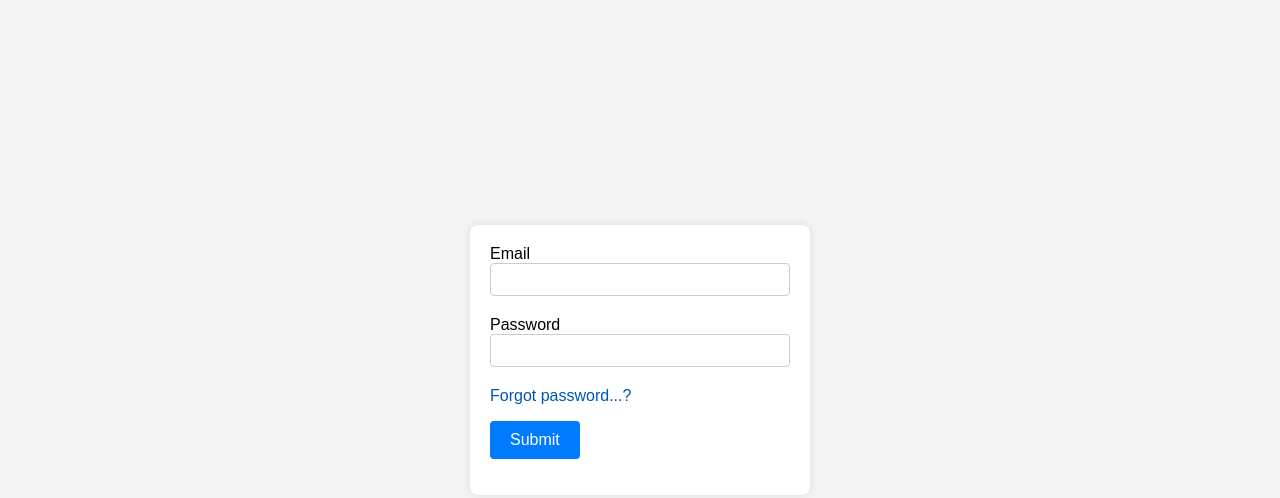
Repository: Ndifoinhilary/authentication
Page: http://localhost/auth/login/
An editor plug-in stored every save of this project. The page is shown before and after the next save, followed by the edit.
The browser window is 1280 px wide. The pictures show the whole page.
The page is served by the project's application, run on Django 3.2 (manage.py). Other server files are loaded and not shown.

Above is the page before, as saved 2024-01-05 19:51:33.

### Auth/templates/login.html
<!DOCTYPE html>
<html lang="en">

<head>
    <meta charset="UTF-8">
    <meta name="viewport" content="width=device-width, initial-scale=1.0">
    <style>
        body {
            font-family: 'Arial', sans-serif;
            background-color: #f4f4f4;
            margin: 0;
            padding: 0;
            display: flex;
            justify-content: center;
            align-items: center;
            height: 100vh;
        }

        form {
            background-color: #fff;
            padding: 20px;
            border-radius: 8px;
            box-shadow: 0 0 10px rgba(0, 0, 0, 0.1);
            width: 300px;
        }

        .input {
            margin-bottom: 20px;
        }

        .label {
            display: block;
            margin-bottom: 5px;
            font-weight: bold;
        }

        .form-control {
            width: 100%;
            padding: 8px;
            border: 1px solid #ccc;
            border-radius: 4px;
            box-sizing: border-box;
        }

        .mb-4 {
            margin-bottom: 16px;
        }

        .btn {
            background-color: #007bff;
            color: #fff;
            padding: 10px 20px;
            border: none;
            border-radius: 4px;
            cursor: pointer;
            font-size: 16px;
            margin: 1rem auto;


        }

        .btn:hover {
            background-color: #0056b3;
        }
        a{
           display: block;
           text-decoration: none;
           color: #0056b3;
           text-align: left;
        }
    </style>
</head>

<body>
    <form action="{% url 'login'  %}" class="form-border" method="POST">
        {% csrf_token %}
        <div class="input">
         <lable class="lable">Email</lable>
         <input type="email" name="email" class="form-control mb4">
        </div>
        <div class="input">
            <lable class="lable">Password</lable>
            <input type="password" name="password" class="form-control mb4">
           </div>
           <a href="#"> Forgot password...?  </a>
         <button type="submit" class="btn">Submit</button>

    </form>

</body>

</html>

### Auth/views.py
# pylint: disable=unused-argument
from django.shortcuts import render, redirect
from django.contrib import messages
from django.contrib.auth import authenticate, login, logout
from django.urls import reverse_lazy, reverse
from django.views.generic import FormView
from Auth.forms import RegistrationForm
from Auth.models import User

# Create your views here.


def homePage(request):
    user = request.user
    return render(request, "home.html", {"user": user})


def registerUser(request):
    form = RegistrationForm()

    if request.method == "POST":
        form = RegistrationForm(request.POST)
        if form.is_valid():
            user = form.save(commit=False)
            user.email = user.email.lower()
            new_user = user.save()
            new_user = authenticate(
                request,
                email=form.cleaned_data["email"],
                password=form.cleaned_data["password"],
            )
            check = new_user is not None
            if check:
                login(request, user)
                return redirect("home")
        else:
            messages.error(request, "Invalid form check your data")
    return render(request, "register.html", {"form": form})


def loginUser(request):
    if request.method == "POST":
        email = request.POST.get("email")
        password = request.POST.get("password")
        try:
            user = User.objects.get(email=email)
        except:
            messages.error(request, "Invalid form check your data")
        user = authenticate(request, email=email, password=password)
        check = user is not None and user.check_password(password)
        if check:
            login(request, user)
            return redirect("home")

    return render(request, "login.html")


def logoutUser(request):
    logout(request)
    return redirect("home")

### authentication/urls.py
from django.contrib import admin
from django.urls import path, include
from django.conf import settings
from django.conf.urls.static import static
from django.contrib.auth import views as auth_views

urlpatterns = [
    path("admin/", admin.site.urls),
    path("", include("Auth.urls")),
]


urlpatterns += static(settings.MEDIA_URL, document_root=settings.MEDIA_ROOT)
urlpatterns += static(settings.STATIC_URL, document_root=settings.MEDIA_ROOT)

### Auth/urls.py
# pylint: disable=trailing-whitespace
from django.urls import path

from . import views


urlpatterns = [
    path("", views.homePage, name="home"),
    path("auth/login/", views.loginUser, name="login"),
    path("auth/register/", views.registerUser, name="register"),
    path("auth/logout/", views.logoutUser, name="logout"),
]

### Auth/templates/main.html
{% load static %}
<!DOCTYPE html>
<html lang="en">
<head>
    <meta charset="UTF-8">
    <meta name="viewport" content="width=device-width, initial-scale=1.0">
    <link rel="stylesheet" href="{% static 'css/home.css' %}">
    <title>Home</title>
</head>
<body>
    <nav class="navbar">


        {% if not request.user.is_authenticated %}
        <a href="{% url 'register' %}">SignUp</a>
        <a href="{% url 'login' %}">Login</a>
        {% else %}
        <a href="{% url 'home' %}">Home</a>
        <a href="{% url 'logout' %}">Logout</a>
        {% endif %}

    </nav>

        {% block content %}

        {% endblock content %}
        </body>

### static/css/home.css
*{
    margin: 0;
    padding: 0;
    box-sizing: border-box;
}

body{
    font-family: system-ui, -apple-system, BlinkMacSystemFont, 'Segoe UI', Roboto, Oxygen, Ubuntu, Cantarell, 'Open Sans', 'Helvetica Neue', sans-serif;
}




h1{
    font-size: large;
    text-transform: capitalize;
    text-align: center;
    margin: 2rem auto;
    margin-top:4rem ;

}


.navbar {
    background-color: #333;
    overflow: hidden;
}

.navbar a {
    float: right;
    display: block;
    text-align: center;
    text-decoration: none;
    text-transform: capitalize;
    padding: 2rem;
    color: aliceblue;
}

After the next save:
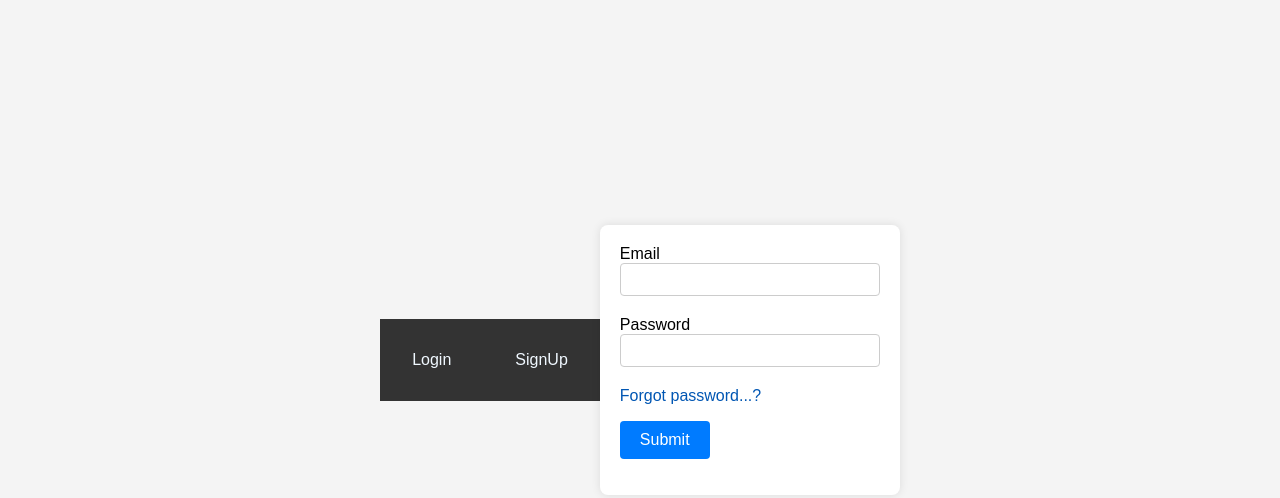
Saved 31 min 31 s later.
--- a/Auth/templates/login.html
+++ b/Auth/templates/login.html
@@ -1,3 +1,6 @@
+{% extends "main.html" %}
+
+{% block content %}
 <!DOCTYPE html>
 <html lang="en">
 
@@ -90,3 +93,5 @@
 </body>
 
 </html>
+
+{% endblock content %}

After the save that followed:
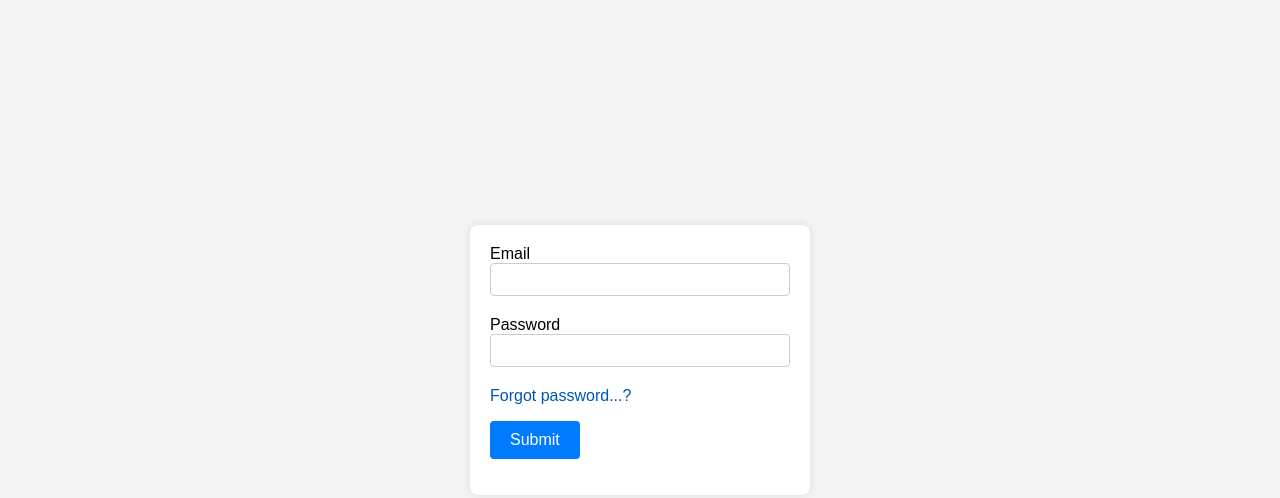
Saved 36 s later.
--- a/Auth/templates/login.html
+++ b/Auth/templates/login.html
@@ -1,6 +1,4 @@
-{% extends "main.html" %}
 
-{% block content %}
 <!DOCTYPE html>
 <html lang="en">
 
@@ -93,5 +91,3 @@
 </body>
 
 </html>
-
-{% endblock content %}
